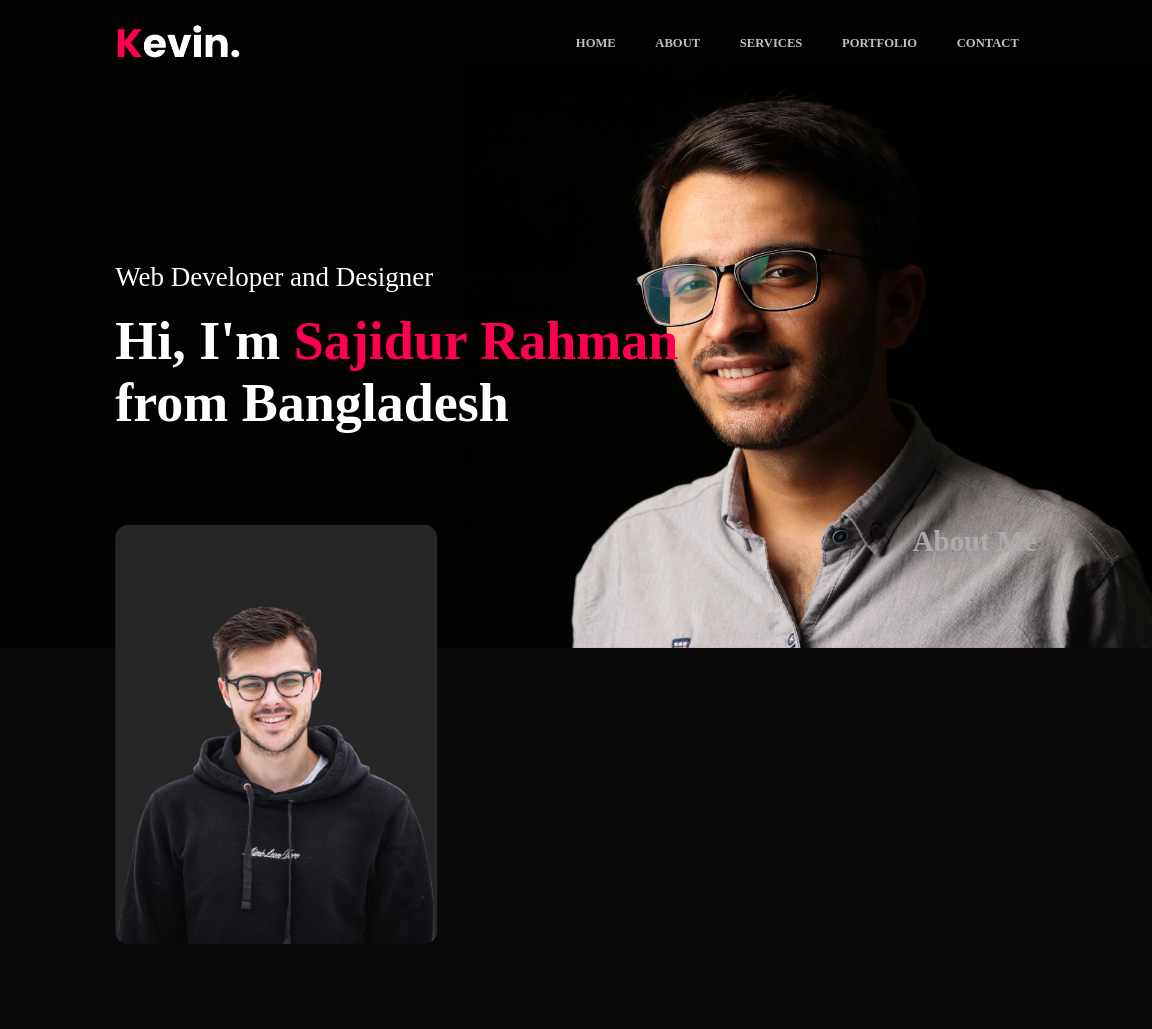
Repository: devsajid/Portfolio-website-with-HTML-CSS-JS
Page: index.html
These files come from the project's save history. The page is drawn as it stood at one moment and after a run of saves; the edit follows.
The browser window is 1280 px wide. The pictures show the whole page, at 90% of full size.

Above is the page before, as saved 2022-12-11 05:13:47.

After the next 2 saves:
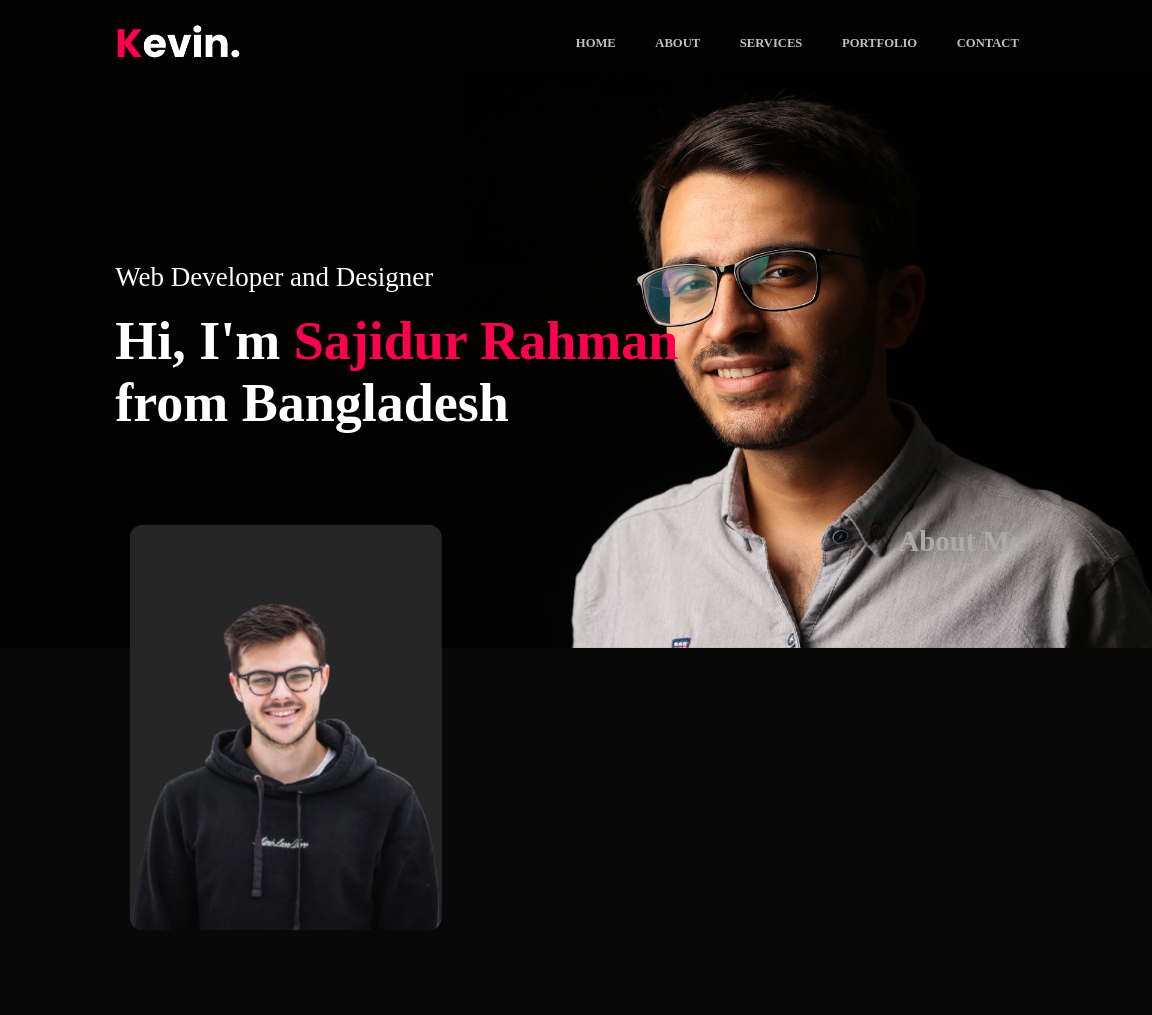
The 2 saves are shown as one change because they came seconds apart.
The last was saved 103 s later.
--- a/style.css
+++ b/style.css
@@ -78,7 +78,7 @@
 }
 /* About section */
 #about {
-  padding: 80px 0;
+  padding: 80px 20px;
   color: #ababab;
 }
 .row {

After the save that followed:
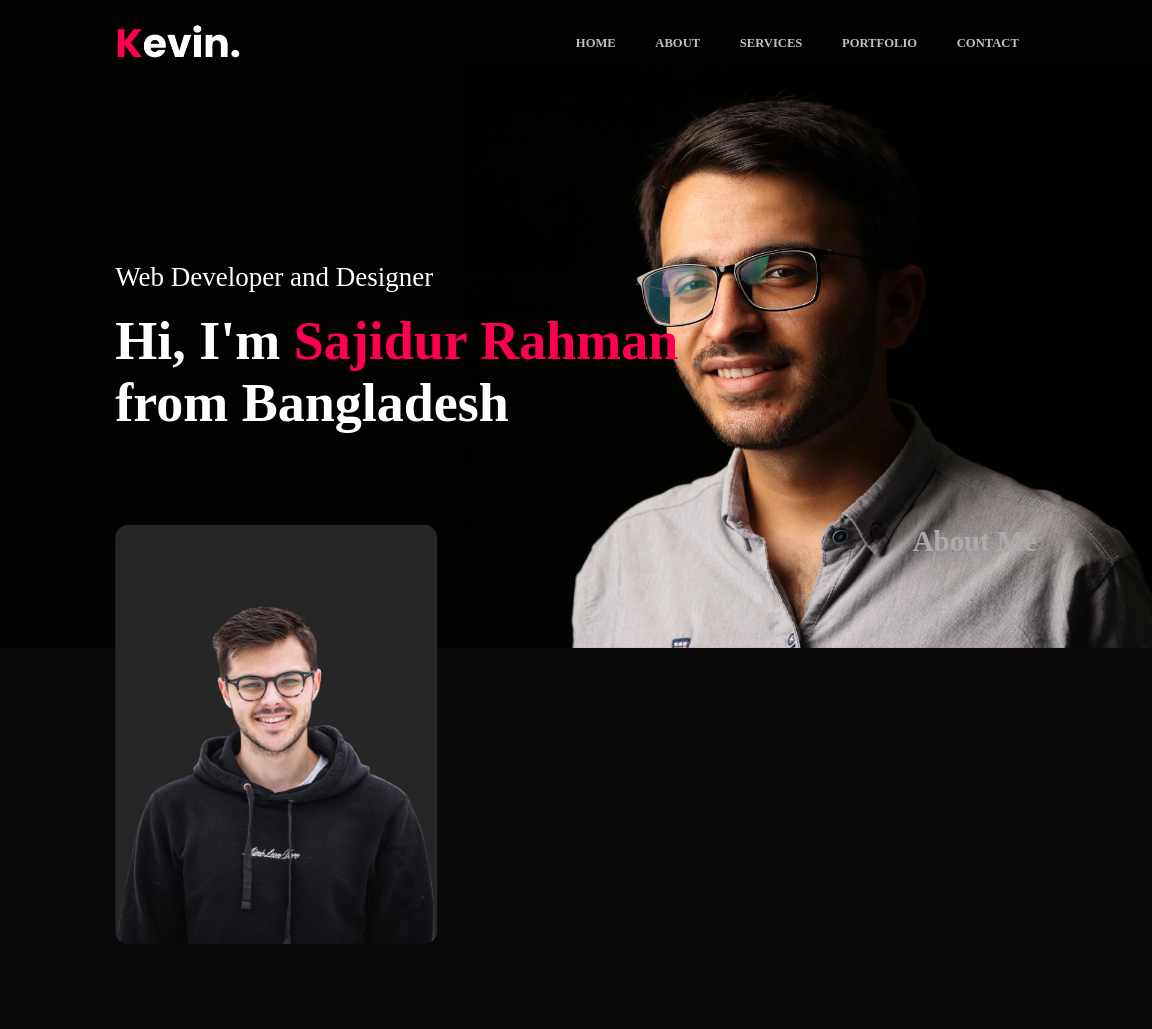
Saved 15 s later.
--- a/style.css
+++ b/style.css
@@ -78,7 +78,7 @@
 }
 /* About section */
 #about {
-  padding: 80px 20px;
+  padding: 80px 0px;
   color: #ababab;
 }
 .row {
